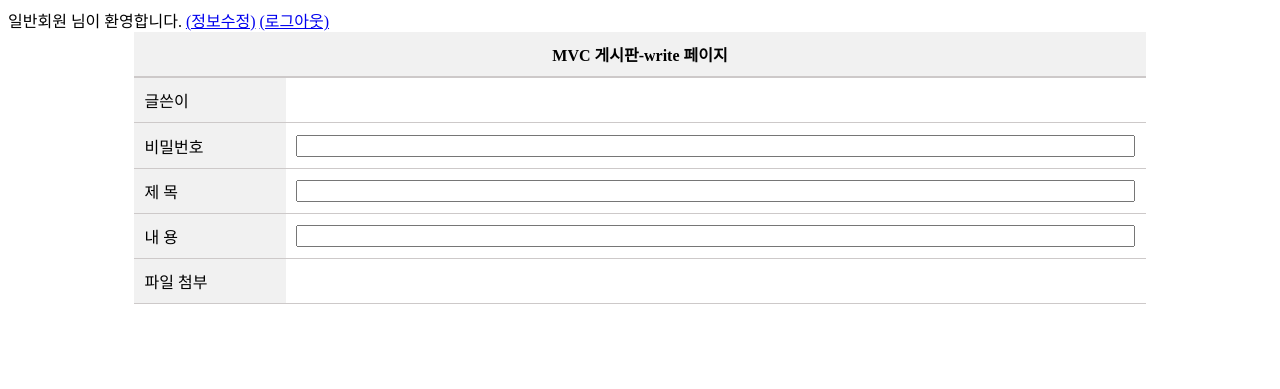
Repository: rumor1993/KH1
Page: http://localhost/Board/board/qna_board_write.jsp
An editor plug-in stored every save of this project. The page is shown before and after the next save, followed by the edit.
The browser window is 1280 px wide. The pictures show the whole page.
The page is served by Tomcat 9. Other server files are loaded and not shown. The template is opened directly, without the code that normally fills it, so the values that code supplies are empty.

Above is the page before, as saved 2018-05-09 07:26:50.

### Board/WebContent/board/qna_board_write.jsp
<%@ page language="java" contentType="text/html; charset=EUC-KR"
    pageEncoding="EUC-KR"%>
<!DOCTYPE html>
<html>
<head>
<title>Insert title here</title>
</head>
<link href="css/form.css" rel="stylesheet">
<body>
	<%@ include file="/board/header.jsp" %>
	<form action="./BoardAddAction.bo" method="post"
			enctype="multipart/form-data" name="boardform">
		<table>
			<tr class="center">
				<th colspan="2">MVC 게시판-write 페이지</th>
			</tr>
			<tr>
				<td><div>글쓴이</div></td>
				<td>
					<input name="BOARD_NAME" id="board_name" readOnly
					type="text" size="10" maxlength="30" value="${id }">
				</td>
			</tr>
			<tr>
				<td>
					<div>비밀번호</div>
				</td>
				<td>
					<input name="BOARD_PASS" id="board_pass" type="password" size="10"
					maxlength="30" value="">
				</td>
			</tr>

			<tr>
				<td>
					<div>제 목</div>
				</td>
				<td>
					<input name="BOARD_SUBJECT" id="board_subject" type="text" size="50"
					maxlength="100" value="">
				</td>
			</tr>

			<tr>
				<td>
					<div>내 용</div>
				</td>
				<td>
					<input name="BOARD_CONTENT" id="board_content" type="text" size="10"
					maxlength="500" value="">
				</td>
			</tr>

			<tr>
				<td>
					<div>파일 첨부</div>
				</td>
				<td>
					<input name="BOARD_FILE" id="upfile" type="file">
				</td>
			</tr>

		</table>
	</form>
</body>
</html>

### Board/WebContent/board/header.jsp
<%@ page language="java" contentType="text/html; charset=EUC-KR"
    pageEncoding="EUC-KR"%>
<%@ taglib prefix="c"
	uri="http://java.sun.com/jsp/jstl/core" %>
<!DOCTYPE html>
<html>
<head>
<title>Insert title here</title>
</head>
<body>
<%
	request.setCharacterEncoding("euc-kr");
%>
	<c:choose>
		<c:when test="${id!='admin' }">
			<span>일반회원 ${sessionScope.id }님이 환영합니다.</span> <a href = "member_update.net">(정보수정)</a> <a href = "logout.net">(로그아웃)</a><br>
		</c:when>

		<c:otherwise>
			<span>관리자 ${sessionScope.id }님 환영합니다.</span> <a href = "member_update.net">(정보수정)</a>
			<a href = "member_list.net">관리자모드 접속(회원 목록 보기)</a>
			 <a href = "BoardList.bo">(게시판)</a><br>
		</c:otherwise>
	</c:choose>

<%-- 	<div id="header">
		<c:if test="${empty id }">
			<script>
				location.href="login.net";
			</script>
		</c:if>
		<c:if test="${!empty id }">
			<c:if test="${id=='admin' }">
				<span> 관리자 ${id } 님 환영합니다.></span>
			</c:if>
			<c:if test="${id!='admin' }">
				<span>일반회원 ${id } 님 환영합니다.</span>
			</c:if>
		</c:if>
		</div>
--%>



	<%--
	<%
	if(!id.equals("admin")){
	%>
		<span>일반회원 <%=id %>님이 환영합니다.</span> <a href = "update.jsp">(정보수정)</a> <a href = "logout.jsp">(로그아웃)</a><br>
	<%
	}else{
	%>
		<%
	}
	%> --%>
</body>
</html>

### Board/WebContent/css/form.css
@CHARSET "EUC-KR";
*{box-sizing:border-box;}
table{margin:0 auto;width:80% ;border-collapse:collapse;}
td{border-bottom:1px solid #cdc9c9;padding:1%;}
tr:nth-child(1){border-bottom:2px solid #cdc9c9; height:20px;}
td:nth-child(1){width:15%;    background-color: #f1f1f1;}
th{background:#f1f1f1;padding:1% 0.5%;}
input, td{font-family:돋음; font-size:18; }
.center{text-align:center}
.center a, input[type=submit],input[type=reset],input[type=button]
{display:inline-block;background:gray;color:white;text-decoration:none;padding:0 5px;font-size:16px;border:none}
.center a:hover,input[type=submit]:hover,input[type=reset]:hover,input[type=button]:hover{opacity:0.8}
input[type=text], input[type=password]{width:100%;}
input[type=submit],input[type=reset]{border-radius:3px}
textarea{width:100%}
input[name="BOARD_NAME"]{border:none}
#upfile{display:none}
img{width:20px;}

After the next save:
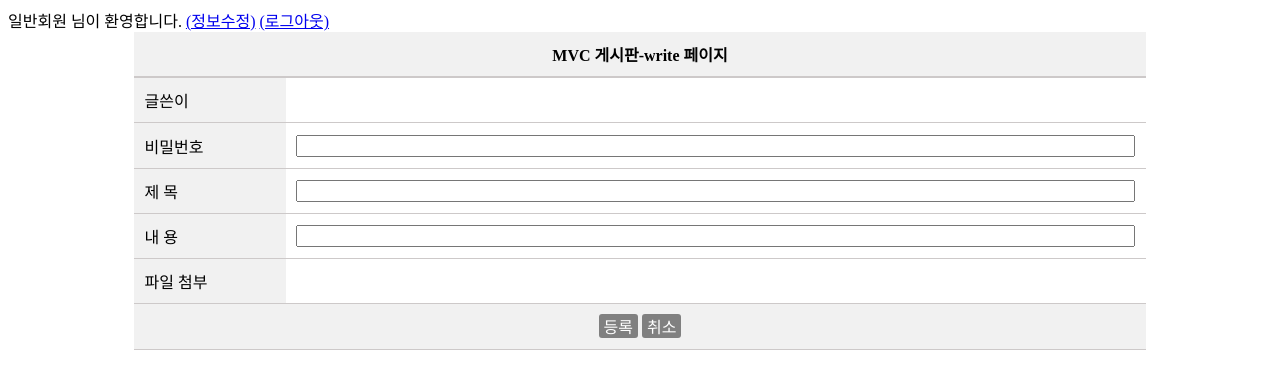
Saved 68 s later.
--- a/Board/WebContent/board/qna_board_write.jsp
+++ b/Board/WebContent/board/qna_board_write.jsp
@@ -60,6 +60,11 @@
 				</td>
 			</tr>
 
+			<tr class="center">
+				<td colspan="2" class="h30 lime">
+					<input type=submit value="등록">
+					<input type=reset value="취소">
+
 		</table>
 	</form>
 </body>
